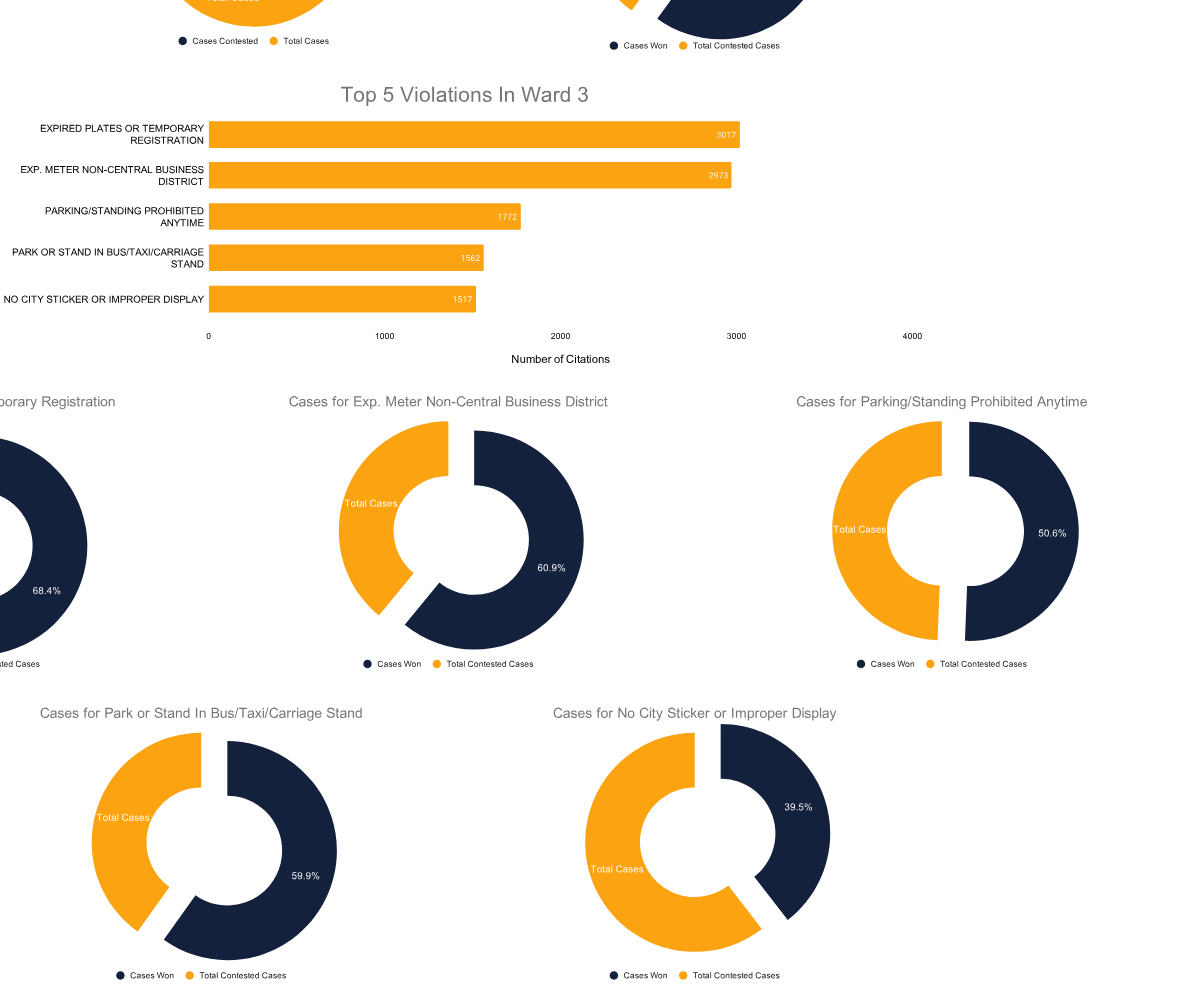
Repository: rdass1/COM421-FinalProject
Page: Website/index.html
The author's editor kept a copy of each file at every save. The page is drawn from the files as they stood at one save, then again after the next save.
The browser window is 1280 px wide. The page is 1698 px wide, then 1348 px, so the pictures cover 1698 px, including what lies to the right of the window. The pictures show the part of the page from y = 1426 to 2866 px (the page is 2866 px tall before and 2443 px after), at 70% of full size.

Above is the page before, as saved 2021-05-12 05:07:15.
Console error: TypeError: Cannot read properties of undefined (reading 'style')

### Website/index.html
<!DOCTYPE html>
<html>
    <head>
        <meta charset="UTF-8">
        <meta name="description" content="Take It To the Streets is a non-profit organization that helps people find information on how to fight their tickets. ">
        <meta name="author" content="Group 2">
        <meta name="viewport" content="width=device-width, initial-scale=1.0">
        <link rel="stylesheet" type="text/css" href="css/index.css">
        <script src="javascript/index.js"></script>
        <title>Take It To The Streets</title>
    </head>
    <body class = "container">
        <div class="header">
            <div id = "navbar">
                <nav>
                    <ul>
                        <li><a href="#about">About</a></li>
                        <li><a href="#statistics">Statistics</a></li>
                        <li><a href="#resources">Resources</a></li>
                        <li><a href="#contact">Contact</a></li>
                    </ul>

                </nav>
            </div>
        </div>
        <div id="home" class="home-image">
            <div id="title">
                <h1>Stand Your Ground</h1>
                <h2>Learn how you can fight back</h2>
            </div>

        </div>
        <div id="about">
            <h3>About</h3>
            <p>Have you ever received a ticket and we're unable pay the ticket? Did you know that you can contest all tickets you receive in court! This may seem like a very challenging task, but <em>Take It To The Streets</em> is here to help! We'll take you through the step by step process in order to fight for your ticket. We're on your side and will make sure you get the best possible outcome you can. Still not convinced? Check out the statistics in your area(ward 3). </p>
        </div>
        <div id="statistics" class="statistics-container">
            <div id="statistics-container-item-header"><h3>Statistics</h3></div>
            <div id="statistics-container-item-1">
                <img src="images/Cases Contested Vs Total Cases.svg">
            </div>
            <div id="statistics-container-item-2">
                <img src="images/Cases Won Vs Total Contested Cases.svg">
            </div>
            <div id="statistics-container-item-3">
                <img src="images/Top 5 Violations In Ward 3.svg">
            </div>

            <div id="statistics-container-item-4">
                <div class="statistics-container-item-4-flex">
                    <div class ="statistics-container-item-4-flex-container">
                        <img src="images/Cases for Expired Plates or Temporary Registration.svg">
                    </div>
                    <div class ="statistics-container-item-4-flex-container">
                        <img src="images/Cases for Exp. Meter Non-Central Business District.svg">
                    </div>
                    <div class ="statistics-container-item-4-flex-container">
                        <img src="images/Cases for Parking_Standing Prohibited Anytime.svg">
                    </div>

                </div>

            </div>
            <div id="statistics-container-item-5">
                <div class="statistics-container-item-4-flex">
                    <div class ="statistics-container-item-4-flex-container">
                        <img src="images/Cases for Park or Stand In Bus_Taxi_Carriage Stand.svg">
                    </div>
                    <div class ="statistics-container-item-4-flex-container">
                        <img src="images/Cases for No City Sticker or Improper Display.svg">
                    </div>

                </div>

            </div>
            <!-- <div id="statistics-container-item-7">

            </div>
            <div id="statistics-container-item-8">

            </div> -->
        </div>
    </body>
</html>

### Website/css/index.css
html{
    scroll-behavior: smooth;
    font-family: 'Gill Sans', 'Gill Sans MT', Calibri, 'Trebuchet MS', sans-serif;
}

.container{
    margin:0px;
    display:grid;
    grid-template-columns: 1fr;
}

.header{
    background-color: #fca311;
    width: 100%;
    display: flex;
    justify-content: flex-start;
    margin: 0px;
    padding: 0px;
    z-index: 100;
}

#navbar nav{
    display: flex;


}

#navbar ul{
    height:inherit;
    margin: 0px;
    padding: 0px;
    overflow: hidden;
    list-style: none;
}

#navbar li{
    margin: 0px;
    font-size: 1.5rem;
    float:left;

}

#navbar a{
    display: block;
    color: white;
    text-decoration: none;
    padding: 20px 20px 20px 20px;
}

#navbar li:hover{
    background-color: #cf323f;
}


.home-image{
    display: grid;
    width:100%;
    height:60vh;
    background-image: url("/Website//images/pic5.png");
    background-repeat: no-repeat;
    background-size: cover;
    background-position: 0% 100%;

    grid-template-columns: auto;
    grid-template-rows: auto;
    grid-template-areas:
    ". . . . . . ."
    ". . header . . . ."
    ". . . . . . ."
    ". . . . . . ."


    ;

}


#title{
    grid-area: header;
}

#title h1{
    font-size: 8rem;
    color:white;
    margin: 0px;
    padding: 0px;
    text-shadow: 2px 2px 15px #2e2e2e;
}

.home-image h2{
    margin: 0px;
    padding: 0px;
    font-size: 3rem;
    color:white;
    text-shadow: 2px 2px 15px #2e2e2e;
}





.home-image img{
    width: 100%;
    height: 60%;
    object-fit: cover;
    object-position: 0px 100%;
    z-index: 10;
}



#about h3{
    text-align: center;
    font-size: 3rem;
    margin-bottom:15px;
}

#about p{
    text-align: center;
    margin-top:0px;
    margin-left:60px;
    margin-right:60px;
    font-size: 2rem;
}

.statistics-container{
    margin:10px;
    display: grid;
    grid-template-rows: 0fr 1/3fr 1/3fr 1/3fr 1/3fr;
    grid-template-columns: 1fr 1fr;
    justify-content: center;
    justify-items: center;


}

.statistics-container-item{
    background-color:#cf323f;


}

.statistics-container-item img{
    width: 100%;
    height: 100%;
}

#statistics-container-item-header{
    grid-column: 1 / span 2;
    grid-row: 1 / 1;
    font-size: 3rem;
    text-align: center;



}

#statistics-container-item-1{
    grid-column: 1 / span 1;
    grid-row: 2/ 2;
}
#statistics-container-item-2{
    grid-column: 2 / span 2;
    grid-row: 2/ 2;
}
#statistics-container-item-3{
    grid-column: 1 / span 2;
    grid-row: 3/ 3;
}

#statistics-container-item-4{
    grid-column: 1 / span 2;
    grid-row: 4/ 4;
}
#statistics-container-item-5{
    grid-column: 1 / span 2;
    grid-row: 5/ 5;
}

.statistics-container-item-4-flex{
    display: flex;
}
.statistics-container-item-4-flex-container img{
    width: 1;
    height: auto;
}

### Website/javascript/index.js
var slideIndex = 0;

showSlides();

function showSlides(){
    var i;
    var slides = document.getElementsByClassName("mySlides");
    var dots = document.getElementsByClassName("dot");
  for (i = 0; i < slides.length; i++) {
    slides[i].style.display = "none";
  }
  slideIndex++;
  if (slideIndex > slides.length) {slideIndex = 1}
  for (i = 0; i < dots.length; i++) {
    dots[i].className = dots[i].className.replace(" active", "");
  }
  slides[slideIndex-1].style.display = "block";
  dots[slideIndex-1].className += " active";
  setTimeout(showSlides, 2000);

  for(var i = 0; i<10; i++){
      console.log(i);
  }
}

After the next save:
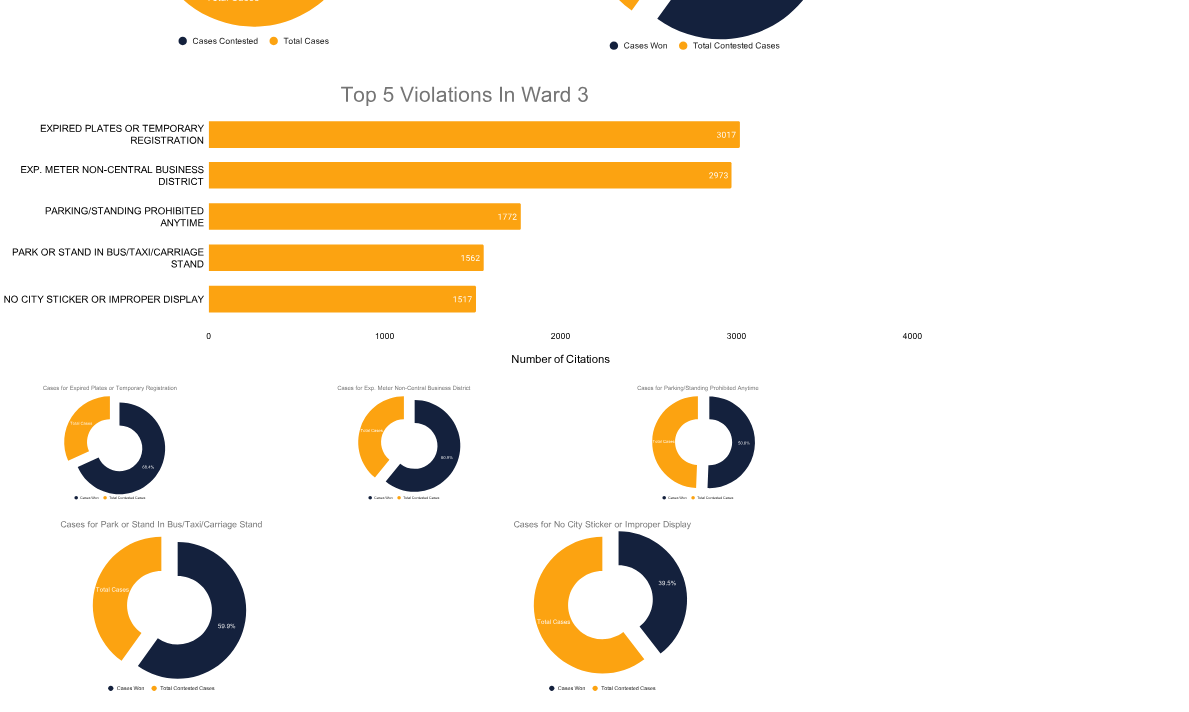
Saved 4 s later.
--- a/Website/css/index.css
+++ b/Website/css/index.css
@@ -181,6 +181,6 @@ html{
     display: flex;
 }
 .statistics-container-item-4-flex-container img{
-    width: 1;
+    width: 70%;
     height: auto;
 }
